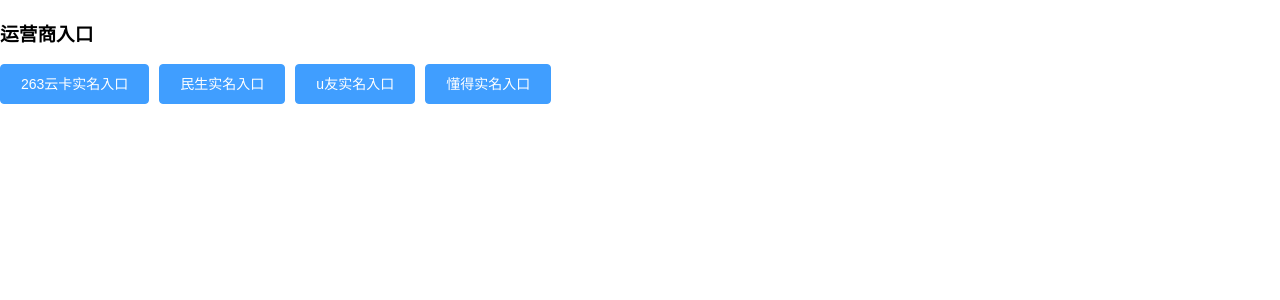
Repository: cmlsir1024/index-test
Page: index.html
The author's editor kept a copy of each file at every save. The page is drawn from the files as they stood at one save, then again after the next save.
The browser window is 1280 px wide. The pictures show the whole page.

Above is the page before, as saved 2023-10-11 11:59:05.

### index.html
<!DOCTYPE html>
<html lang="en">
  <head>
    <meta charset="UTF-8" />
    <meta http-equiv="X-UA-Compatible" content="IE=edge" />
    <meta name="viewport" content="width=device-width, initial-scale=1.0" />

    <title>glb文件渲染</title>
    <script src="./js/vue.js"></script>
    <!-- 引入样式 -->
    <!-- <link rel="stylesheet" href="https://unpkg.com/element-ui/lib/theme-chalk/index.css" /> -->
    <!-- 引入组件库 -->
    <!-- <script src="https://unpkg.com/element-ui/lib/index.js"></script> -->
    <!-- <script src="./js/vue.js"></script> -->
    <!-- 引入样式 -->
    <link rel="stylesheet" href="./css/element-ui.css" />
    <!-- 引入组件库 -->
    <script src="./js/element-ui.js"></script>
    <style>
      html,
      body {
        margin: 0px;
        padding: 0px;
        overflow: hidden;
        /* background-color: #5e95dd; */
      }

      .tag {
        width: 60px;
        height: 30px;
        background: #a5bbd8;
        word-wrap: break-word;
        font-size: 12px;
        pointerevents: none;
      }

      .table-man {
        position: absolute;
        right: 10px;
        top: 0px;
        z-index: 999 !important;
      }

      /*最外层透明*/
      .el-table,
      .el-table__expanded-cell {
        /* background-color: transparent; */
        background-color: rgba(255, 255, 255, 0.5);
      }

      /* 表格内背景颜色 */
      .el-table th,
      .el-table tr,
      .el-table td {
        /* background-color: rgba(94, 150, 223); */
      }

      .el-dropdown-link {
        cursor: pointer;
        color: #ffffff;
        font-size: 16px;
      }

      .el-icon-arrow-down {
        font-size: 16px;
      }

      .ListCss {
        margin-top: 10px;
        margin-bottom: 10px;
        /* width: 100%; */
        display: flex;
        justify-content: flex-end;
      }

      .ist-add {
      }
      .icolor {
        color: chartreuse;
      }
      .xiacolor {
        color: dimgrey;
      }

      /* .buttonCss {
      margin-left: 50%;
    } */
      .el-table tr {
        background-color: transparent;
      }
      .box {
        justify-content: center;
      }
    </style>
  </head>

  <body>
    <div id="app">
      <h3>运营商入口</h3>
      <div class="box">
        <el-row>
          <el-col :span="10"></el-col>
        </el-row>
        <el-button
          width="100px"
          v-for="item in dataList"
          @click="handleInfo('1')"
          type="primary"
        >
          {{item.name}}
        </el-button>
      </div>
    </div>
  </body>

  <script>
    var vm = new Vue({
      el: "#app",

      data: function () {
        return {
          radio1: "",
          dataList: [
            { name: "263云卡实名入口", id: 1 },
            { name: "民生实名入口", id: 2 },
            { name: "u友实名入口", id: 3 },
            { name: "懂得实名入口", id: 4 },
          ],
        };
      },
      created: function () {},
      mounted: function () {},
      methods: {
        handleInfo(str) {
          console.log(str);
        },
      },
    });
  </script>
</html>

Loaded but not shown: js/vue.js (library); css/element-ui.css (library); js/element-ui.js (library)

After the next save:
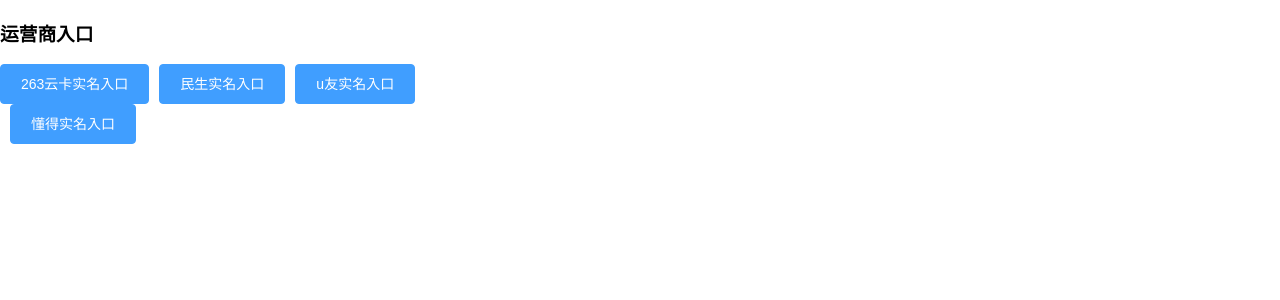
Saved 4 s later.
--- a/index.html
+++ b/index.html
@@ -99,16 +99,17 @@
       <h3>运营商入口</h3>
       <div class="box">
         <el-row>
-          <el-col :span="10"></el-col>
+          <el-col :span="10">
+            <el-button
+              width="100px"
+              v-for="item in dataList"
+              @click="handleInfo('1')"
+              type="primary"
+            >
+              {{item.name}}
+            </el-button>
+          </el-col>
         </el-row>
-        <el-button
-          width="100px"
-          v-for="item in dataList"
-          @click="handleInfo('1')"
-          type="primary"
-        >
-          {{item.name}}
-        </el-button>
       </div>
     </div>
   </body>
